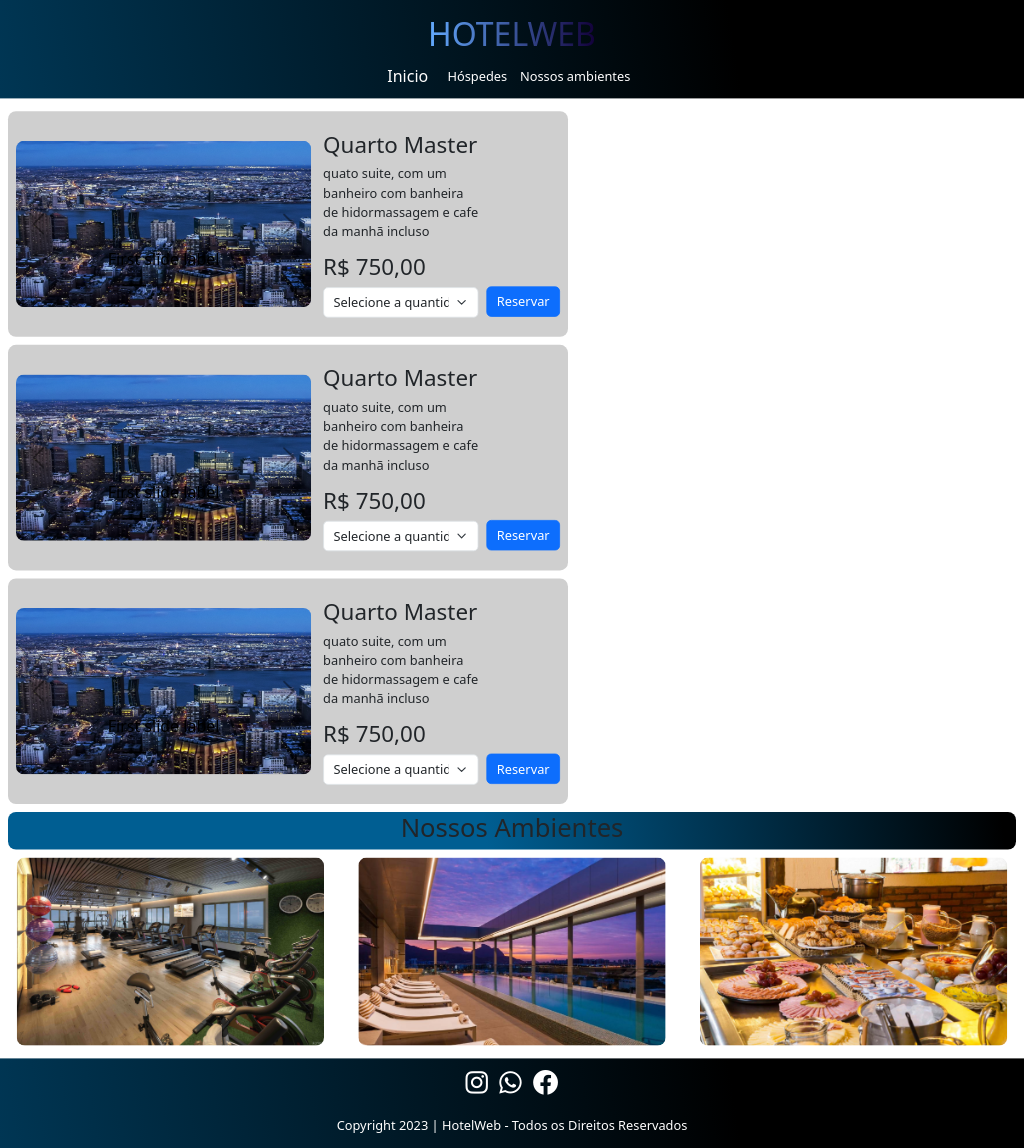
Repository: Kayo-Werter/projeto-hotel
Page: hotel/src/main/webapp/templates/index.html
These files come from the project's save history. The page is drawn as it stood at one moment and after the next save; the edit follows.
The browser window is 1280 px wide. The pictures show the whole page, at 80% of full size.

Above is the page before, as saved 2023-12-03 20:10:31.

### hotel/src/main/webapp/templates/index.html
<!DOCTYPE html>
<html lang="pt-br">

<head>
  <meta charset="UTF-8">
  <meta name="viewport" content="width=device-width, initial-scale=1.0">
  <title>Inicio</title>
  <link rel="stylesheet" href="assets/css/styles.css">
  <link rel="stylesheet" href="assets/css/reset.css">
  <link rel="stylesheet" href="https://cdnjs.cloudflare.com/ajax/libs/font-awesome/6.0.0-beta3/css/all.min.css"
    integrity="sha512-Fo3rlrZj/k7ujTnHg4CGR2D7kSs0v4LLanw2qksYuRlEzO+tcaEPQogQ0KaoGN26/zrn20ImR1DfuLWnOo7aBA=="
    crossorigin="anonymous" referrerpolicy="no-referrer" />
  <link href="https://cdn.jsdelivr.net/npm/bootstrap@5.3.2/dist/css/bootstrap.min.css" rel="stylesheet"
    integrity="sha384-T3c6CoIi6uLrA9TneNEoa7RxnatzjcDSCmG1MXxSR1GAsXEV/Dwwykc2MPK8M2HN" crossorigin="anonymous">
</head>

<body>
  <header class="cabecalho">

    <h1 class="texto">HOTELWEB</h1>

    <nav class="navbar navbar-expand-lg ">
      <div class="container-fluid">
        <a class="fonte navbar-brand" href="tela_principal.html">Inicio</a>
        <button class="navbar-toggler" type="button" data-bs-toggle="collapse" data-bs-target="#navbarSupportedContent"
          aria-controls="navbarSupportedContent" aria-expanded="false" aria-label="Toggle navigation">
          <span class="navbar-toggler-icon"></span>
        </button>
        <div class="collapse navbar-collapse" id="navbarSupportedContent">
          <ul class="navbar-nav me-auto mb-2 mb-lg-0">
            <li class="nav-item">
              <a class="fonte nav-link" aria-current="page" href="lista.html">Hóspedes</a>
            </li>
            <li class="nav-item">
              <a class="fonte nav-link" href="#">Nossos ambientes</a>
            </li>
          </ul>

        </div>
      </div>
    </nav>
  </header>
  <div class="retangulo">
    <div class="carroyceu">
      <div id="carouselExampleDark" class="carousel carousel-dark slide" data-bs-ride="carousel">
        <div class="carousel-indicators">
          <button type="button" data-bs-target="#carouselExampleDark" data-bs-slide-to="0" class="active"
            aria-current="true" aria-label="Slide 1"></button>
          <button type="button" data-bs-target="#carouselExampleDark" data-bs-slide-to="1"
            aria-label="Slide 2"></button>
          <button type="button" data-bs-target="#carouselExampleDark" data-bs-slide-to="2"
            aria-label="Slide 3"></button>
        </div>
        <div class="carousel-inner">
          <div class="carousel-item active" data-bs-interval="10000">
            <img src="assets/images/foto1920_1.png" class="d-block w-100" alt="...">
            <div class="carousel-caption d-none d-md-block">
              <h5>First slide label</h5>

            </div>
          </div>
          <div class="carousel-item" data-bs-interval="2000">
            <img src="assets/images/foto1920_2.png" class="d-block w-100" alt="...">
            <div class="carousel-caption d-none d-md-block">
              <h5>Second slide label</h5>

            </div>
          </div>
          <div class="carousel-item">
            <img src="assets/images/foto1920_3.png" class="d-block w-100" alt="...">
            <div class="carousel-caption d-none d-md-block">
              <h5>Third slide label</h5>

            </div>
          </div>
        </div>
        <button class="carousel-control-prev" type="button" data-bs-target="#carouselExampleDark" data-bs-slide="prev">
          <span class="carousel-control-prev-icon" aria-hidden="true"></span>
          <span class="visually-hidden">Anterior</span>
        </button>
        <button class="carousel-control-next" type="button" data-bs-target="#carouselExampleDark" data-bs-slide="next">
          <span class="carousel-control-next-icon" aria-hidden="true"></span>
          <span class="visually-hidden">Proximo</span>
        </button>
      </div>
    </div>

    <div class="info__quarto">
      <h3>Quarto Master</h3>
      <p>quato suite, com um banheiro com banheira de hidormassagem e cafe da manhã incluso </p>
      <h3>R$ 750,00</h3>
      <select class="form-select" aria-label="Default select example">
        <option selected>Selecione a quantidade de pessoas</option>
        <option value="1">1</option>
        <option value="2">2</option>
        <option value="3">3</option>
        <option value="4">4</option>
        <option value="5">5</option>
      </select>
    </div>

    <div>
      <button type="button" class="btn btn-primary botao_reservar">Reservar</button>
    </div>
  </div>

  <div class="retangulo">
    <div class="carroyceu">
      <div id="carouselExampleDark" class="carousel carousel-dark slide" data-bs-ride="carousel">
        <div class="carousel-indicators">
          <button type="button" data-bs-target="#carouselExampleDark" data-bs-slide-to="0" class="active"
            aria-current="true" aria-label="Slide 1"></button>
          <button type="button" data-bs-target="#carouselExampleDark" data-bs-slide-to="1"
            aria-label="Slide 2"></button>
          <button type="button" data-bs-target="#carouselExampleDark" data-bs-slide-to="2"
            aria-label="Slide 3"></button>
        </div>
        <div class="carousel-inner">
          <div class="carousel-item active" data-bs-interval="10000">
            <img src="assets/images/foto1920_1.png" class="d-block w-100" alt="...">
            <div class="carousel-caption d-none d-md-block">
              <h5>First slide label</h5>

            </div>
          </div>
          <div class="carousel-item" data-bs-interval="2000">
            <img src="assets/images/foto1920_2.png" class="d-block w-100" alt="...">
            <div class="carousel-caption d-none d-md-block">
              <h5>Second slide label</h5>

            </div>
          </div>
          <div class="carousel-item">
            <img src="assets/images/foto1920_3.png" class="d-block w-100" alt="...">
            <div class="carousel-caption d-none d-md-block">
              <h5>Third slide label</h5>

            </div>
          </div>
        </div>
        <button class="carousel-control-prev" type="button" data-bs-target="#carouselExampleDark" data-bs-slide="prev">
          <span class="carousel-control-prev-icon" aria-hidden="true"></span>
          <span class="visually-hidden">Anterior</span>
        </button>
        <button class="carousel-control-next" type="button" data-bs-target="#carouselExampleDark" data-bs-slide="next">
          <span class="carousel-control-next-icon" aria-hidden="true"></span>
          <span class="visually-hidden">Proximo</span>
        </button>
      </div>
    </div>


    <div class="info__quarto">
      <h3>Quarto Master</h3>
      <p>quato suite, com um banheiro com banheira de hidormassagem e cafe da manhã incluso </p>
      <h3>R$ 750,00</h3>
      <select class="form-select" aria-label="Default select example">
        <option selected>Selecione a quantidade de pessoas</option>
        <option value="1">1</option>
        <option value="2">2</option>
        <option value="3">3</option>
        <option value="4">4</option>
        <option value="5">5</option>
      </select>
    </div>

    <div>
      <button type="button" class="btn btn-primary botao_reservar">Reservar</button>
    </div>
  </div>

  <div class="retangulo">
    <div class="carroyceu">
      <div id="carouselExampleDark" class="carousel carousel-dark slide" data-bs-ride="carousel">
        <div class="carousel-indicators">
          <button type="button" data-bs-target="#carouselExampleDark" data-bs-slide-to="0" class="active"
            aria-current="true" aria-label="Slide 1"></button>
          <button type="button" data-bs-target="#carouselExampleDark" data-bs-slide-to="1"
            aria-label="Slide 2"></button>
          <button type="button" data-bs-target="#carouselExampleDark" data-bs-slide-to="2"
            aria-label="Slide 3"></button>
        </div>
        <div class="carousel-inner">
          <div class="carousel-item active" data-bs-interval="10000">
            <img src="assets/images/foto1920_1.png" class="d-block w-100" alt="...">
            <div class="carousel-caption d-none d-md-block">
              <h5>First slide label</h5>

            </div>
          </div>
          <div class="carousel-item" data-bs-interval="2000">
            <img src="assets/images/foto1920_2.png" class="d-block w-100" alt="...">
            <div class="carousel-caption d-none d-md-block">
              <h5>Second slide label</h5>

            </div>
          </div>
          <div class="carousel-item">
            <img src="assets/images/foto1920_3.png" class="d-block w-100" alt="...">
            <div class="carousel-caption d-none d-md-block">
              <h5>Third slide label</h5>

            </div>
          </div>
        </div>
        <button class="carousel-control-prev" type="button" data-bs-target="#carouselExampleDark" data-bs-slide="prev">
          <span class="carousel-control-prev-icon" aria-hidden="true"></span>
          <span class="visually-hidden">Anterior</span>
        </button>
        <button class="carousel-control-next" type="button" data-bs-target="#carouselExampleDark" data-bs-slide="next">
          <span class="carousel-control-next-icon" aria-hidden="true"></span>
          <span class="visually-hidden">Proximo</span>
        </button>
      </div>
    </div>


    <div class="info__quarto">
      <h3>Quarto Master</h3>
      <p>quato suite, com um banheiro com banheira de hidormassagem e cafe da manhã incluso </p>
      <h3>R$ 750,00</h3>
      <select class="form-select" aria-label="Default select example">
        <option selected>Selecione a quantidade de pessoas</option>
        <option value="1">1</option>
        <option value="2">2</option>
        <option value="3">3</option>
        <option value="4">4</option>
        <option value="5">5</option>
      </select>
    </div>

    <div>
      <button type="button" class="btn btn-primary botao_reservar">Reservar</button>
    </div>
  </div>

  <div class="ambientes">
    <h2>Nossos Ambientes</h2a>
  </div>

  <section class="section_ambientes">
    <img class="imagens_locais" src="assets/images/academia.png" alt="">
    <img class="imagens_locais" src="assets/images/piscina.png" alt="">
    <img class="imagens_locais" src="assets/images/restaurante.png" alt="">
  </section>
  <footer class="footer">
    <div class="footer-icons">
      <a href="https://www.instagram.com/kayowerter/" target="_blank">
        <i class="fa-brands fa-instagram fa-2x"></i>
      </a>
      <a href="#">
        <i class="fa-brands fa-whatsapp fa-2x"></i>
      </a>
      <a href="#">
        <i class="fa-brands fa-facebook fa-2x"></i>
      </a>
    </div>
    <p>Copyright 2023 | HotelWeb - Todos os Direitos Reservados</p>
  </footer>
  <script src="https://cdn.jsdelivr.net/npm/bootstrap@5.3.2/dist/js/bootstrap.bundle.min.js"
    integrity="sha384-C6RzsynM9kWDrMNeT87bh95OGNyZPhcTNXj1NW7RuBCsyN/o0jlpcV8Qyq46cDfL"
    crossorigin="anonymous"></script>
</body>

</html>

### hotel/src/main/webapp/templates/assets/css/styles.css
:root {
    --transition: 0.4s ease-in;
    --cor-texto-navbar: #fff;
    --cor-gradiente-inicio: #63ABFF;
    --cor-gradiente-fim: #120039;
}

img {
    border-radius: 10px;
}

* {
    margin: 0;
    padding: 0;
    box-sizing: border-box;
    transition: var(--transition);
}

.texto {
    background: linear-gradient(to right, var(--cor-gradiente-inicio), var(--cor-gradiente-fim));
    padding-top: 1.5%;
    margin: 0;
    color: transparent;
    -webkit-background-clip: text;
    background-clip: text;
    display: flex;
    align-items: center;
}

.cabecalho {
    background: linear-gradient(261deg, #000 28.52%, #005E92 152.72%);
    display: flex;
    flex-direction: column;
    align-items: center;
    justify-content: center;
    margin-bottom: 16px;

}

.navbar {
    background: rgba(255, 0, 0, 0);

}

.navbar a {
    color: #fff;
}

.carroyceu {
    width: 500px;
    padding: 0px 15px 0px 10px;
}

.retangulo {
    background: #cfcfcf;
    width: 700px;
    display: flex;
    justify-content: center;
    align-items: center;
    border-radius: 10px;
    margin: 0px 0px 10px 10px;
}

.info__quarto {
    width: 250px;
}

.botao_reservar {
    margin: 219px 10px 25px 10px;
}

.ambientes {
    background: linear-gradient(261deg, #000 1.52%, #005E92 52.72%);
    display: flex;
    justify-content: center;
    margin: 10px;
    border-radius: 10px;
}

.ambientes h1 {
    color: aliceblue;
}

.section_ambientes {
    display: flex;
    justify-content: space-around;
}

.imagens_locais {
    width: 30%;
}

.footer {
    display: flex;
    flex-direction: column;
    align-items: center;
    gap: 24px;
    color: #ffffff;
    background: linear-gradient(261deg, #000 28.52%, #005E92 152.72%);
    margin-top: 16px;
}

.footer-icons {
    padding-top: 14px;
    display: flex;
    gap: 14px;
    justify-content: center;
}

i {
    color: #ffffff;
}

Loaded but not shown: hotel/src/main/webapp/templates/assets/css/reset.css (common file)

After the next save:
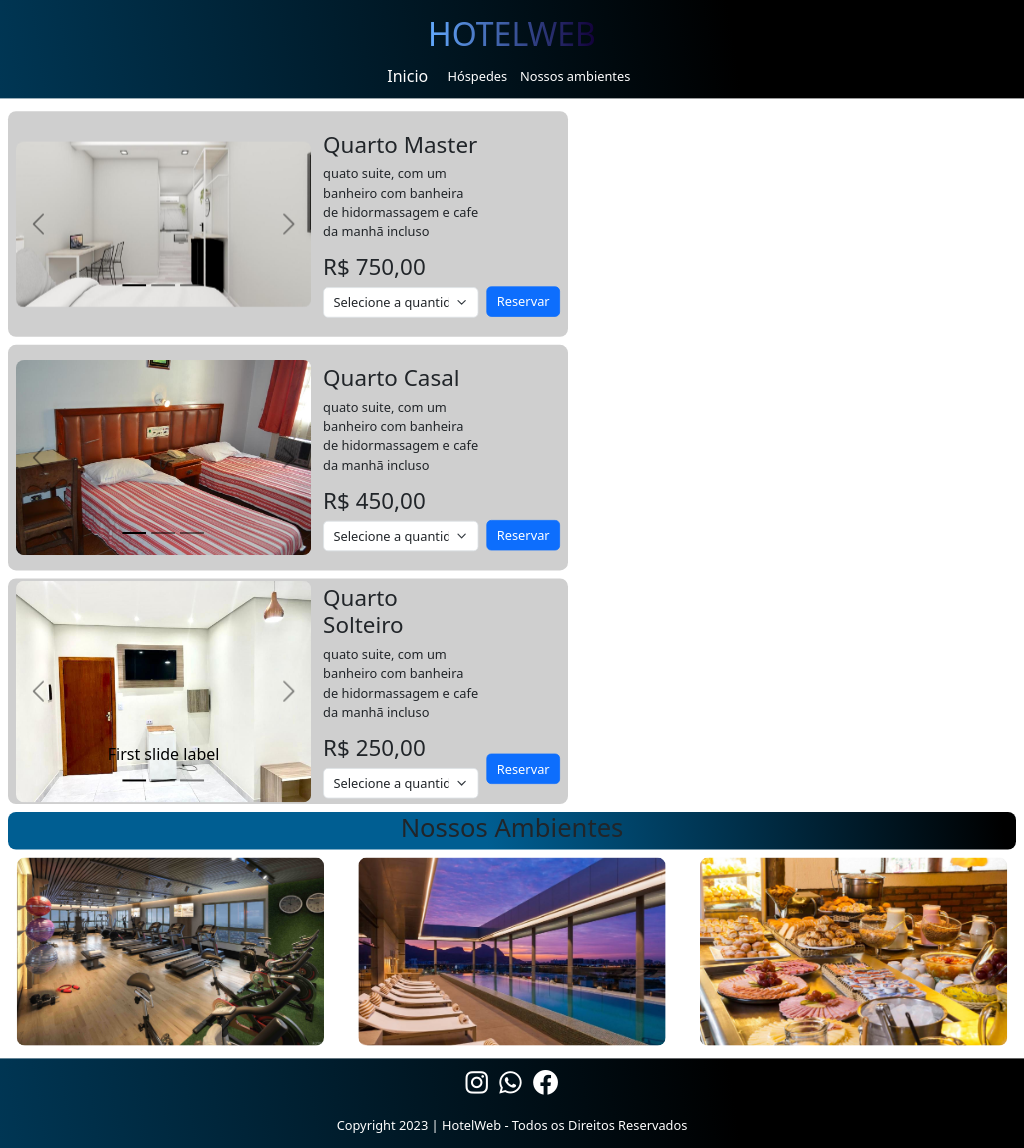
Saved 5 min 27 s later.
--- a/hotel/src/main/webapp/templates/index.html
+++ b/hotel/src/main/webapp/templates/index.html
@@ -16,12 +16,10 @@
 
 <body>
   <header class="cabecalho">
-
     <h1 class="texto">HOTELWEB</h1>
-
     <nav class="navbar navbar-expand-lg ">
       <div class="container-fluid">
-        <a class="fonte navbar-brand" href="tela_principal.html">Inicio</a>
+        <a class="fonte navbar-brand" href="index.html">Inicio</a>
         <button class="navbar-toggler" type="button" data-bs-toggle="collapse" data-bs-target="#navbarSupportedContent"
           aria-controls="navbarSupportedContent" aria-expanded="false" aria-label="Toggle navigation">
           <span class="navbar-toggler-icon"></span>
@@ -29,7 +27,7 @@
         <div class="collapse navbar-collapse" id="navbarSupportedContent">
           <ul class="navbar-nav me-auto mb-2 mb-lg-0">
             <li class="nav-item">
-              <a class="fonte nav-link" aria-current="page" href="lista.html">Hóspedes</a>
+              <a class="fonte nav-link" aria-current="page" href="hospedes.html">Hóspedes</a>
             </li>
             <li class="nav-item">
               <a class="fonte nav-link" href="#">Nossos ambientes</a>
@@ -53,25 +51,13 @@
         </div>
         <div class="carousel-inner">
           <div class="carousel-item active" data-bs-interval="10000">
-            <img src="assets/images/foto1920_1.png" class="d-block w-100" alt="...">
-            <div class="carousel-caption d-none d-md-block">
-              <h5>First slide label</h5>
-
-            </div>
+            <img src="assets/images/quarto1.jpg" class="d-block w-100" alt="...">
           </div>
           <div class="carousel-item" data-bs-interval="2000">
-            <img src="assets/images/foto1920_2.png" class="d-block w-100" alt="...">
-            <div class="carousel-caption d-none d-md-block">
-              <h5>Second slide label</h5>
-
-            </div>
+            <img src="assets/images/quarto2.jpg" class="d-block w-100" alt="...">
           </div>
           <div class="carousel-item">
-            <img src="assets/images/foto1920_3.png" class="d-block w-100" alt="...">
-            <div class="carousel-caption d-none d-md-block">
-              <h5>Third slide label</h5>
-
-            </div>
+            <img src="assets/images/quarto3.jpg" class="d-block w-100" alt="...">
           </div>
         </div>
         <button class="carousel-control-prev" type="button" data-bs-target="#carouselExampleDark" data-bs-slide="prev">
@@ -100,7 +86,7 @@
     </div>
 
     <div>
-      <button type="button" class="btn btn-primary botao_reservar">Reservar</button>
+      <a href="../cadastro.html" class="btn btn-primary botao_reservar">Reservar</a>
     </div>
   </div>
 
@@ -117,25 +103,13 @@
         </div>
         <div class="carousel-inner">
           <div class="carousel-item active" data-bs-interval="10000">
-            <img src="assets/images/foto1920_1.png" class="d-block w-100" alt="...">
-            <div class="carousel-caption d-none d-md-block">
-              <h5>First slide label</h5>
-
-            </div>
+            <img src="assets/images/quarto4.jpg" class="d-block w-100" alt="...">
           </div>
           <div class="carousel-item" data-bs-interval="2000">
-            <img src="assets/images/foto1920_2.png" class="d-block w-100" alt="...">
-            <div class="carousel-caption d-none d-md-block">
-              <h5>Second slide label</h5>
-
-            </div>
+            <img src="assets/images/quarto5.jpg" class="d-block w-100" alt="...">
           </div>
           <div class="carousel-item">
-            <img src="assets/images/foto1920_3.png" class="d-block w-100" alt="...">
-            <div class="carousel-caption d-none d-md-block">
-              <h5>Third slide label</h5>
-
-            </div>
+            <img src="assets/images/quarto6.jpg" class="d-block w-100" alt="...">
           </div>
         </div>
         <button class="carousel-control-prev" type="button" data-bs-target="#carouselExampleDark" data-bs-slide="prev">
@@ -151,9 +125,9 @@
 
 
     <div class="info__quarto">
-      <h3>Quarto Master</h3>
+      <h3>Quarto Casal</h3>
       <p>quato suite, com um banheiro com banheira de hidormassagem e cafe da manhã incluso </p>
-      <h3>R$ 750,00</h3>
+      <h3>R$ 450,00</h3>
       <select class="form-select" aria-label="Default select example">
         <option selected>Selecione a quantidade de pessoas</option>
         <option value="1">1</option>
@@ -163,9 +137,8 @@
         <option value="5">5</option>
       </select>
     </div>
-
     <div>
-      <button type="button" class="btn btn-primary botao_reservar">Reservar</button>
+      <a href="../cadastro.html" class="btn btn-primary botao_reservar">Reservar</a>
     </div>
   </div>
 
@@ -182,21 +155,21 @@
         </div>
         <div class="carousel-inner">
           <div class="carousel-item active" data-bs-interval="10000">
-            <img src="assets/images/foto1920_1.png" class="d-block w-100" alt="...">
+            <img src="assets/images/quarto7.jpg" class="d-block w-100" alt="...">
             <div class="carousel-caption d-none d-md-block">
               <h5>First slide label</h5>
 
             </div>
           </div>
           <div class="carousel-item" data-bs-interval="2000">
-            <img src="assets/images/foto1920_2.png" class="d-block w-100" alt="...">
+            <img src="assets/images/quarto8.jpg" class="d-block w-100" alt="...">
             <div class="carousel-caption d-none d-md-block">
               <h5>Second slide label</h5>
 
             </div>
           </div>
           <div class="carousel-item">
-            <img src="assets/images/foto1920_3.png" class="d-block w-100" alt="...">
+            <img src="assets/images/quarto9.jpg" class="d-block w-100" alt="...">
             <div class="carousel-caption d-none d-md-block">
               <h5>Third slide label</h5>
 
@@ -216,9 +189,9 @@
 
 
     <div class="info__quarto">
-      <h3>Quarto Master</h3>
+      <h3>Quarto Solteiro</h3>
       <p>quato suite, com um banheiro com banheira de hidormassagem e cafe da manhã incluso </p>
-      <h3>R$ 750,00</h3>
+      <h3>R$ 250,00</h3>
       <select class="form-select" aria-label="Default select example">
         <option selected>Selecione a quantidade de pessoas</option>
         <option value="1">1</option>
@@ -230,7 +203,7 @@
     </div>
 
     <div>
-      <button type="button" class="btn btn-primary botao_reservar">Reservar</button>
+      <a href="../cadastro.html" class="btn btn-primary botao_reservar">Reservar</a>
     </div>
   </div>
 
